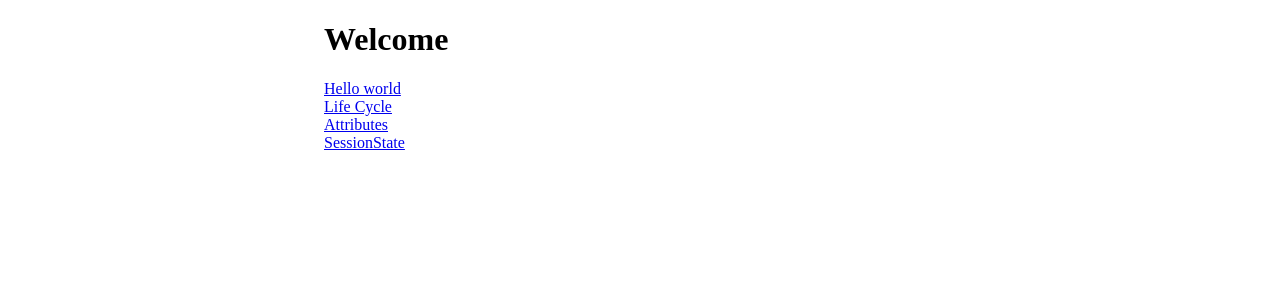
Repository: poobalan5397/corejava
Page: firstWebsite/src/main/webapp/index.html
An editor plug-in stored every save of this project. The page is shown before and after the next save, followed by the edit.
The browser window is 1280 px wide. The pictures show the whole page.

Above is the page before, as saved 2022-05-20 09:02:32.

### firstWebsite/src/main/webapp/index.html
<!DOCTYPE html>
<html>
<head>
<meta charset="ISO-8859-1">
<title>Insert title here</title>
</head>
<body>
<div style="width: 50%; margin: 0 auto">
<h1>	Welcome</h1>
<div>
<a href="/firstWebsite/HelloWorld">Hello world</a>
</div>
<div>
<a href="/firstWebsite/LifeCycle">Life Cycle</a>
</div>
<div>
<a href="/firstWebsite/Attributes.html">Attributes</a>
</div>
<div>
<a href="/firstWebsite/SessionState.html">SessionState</a>
</div>
</div>
</body>
</html>

After the next save:
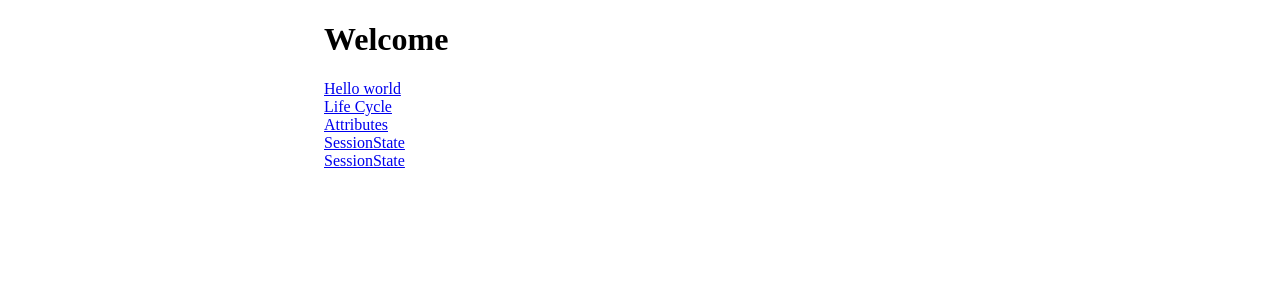
Saved 48 s later.
--- a/firstWebsite/src/main/webapp/index.html
+++ b/firstWebsite/src/main/webapp/index.html
@@ -19,6 +19,9 @@
 <div>
 <a href="/firstWebsite/SessionState.html">SessionState</a>
 </div>
+<div>
+<a href="/firstWebsite/GolbalState.html">SessionState</a>
+</div>
 </div>
 </body>
 </html>
